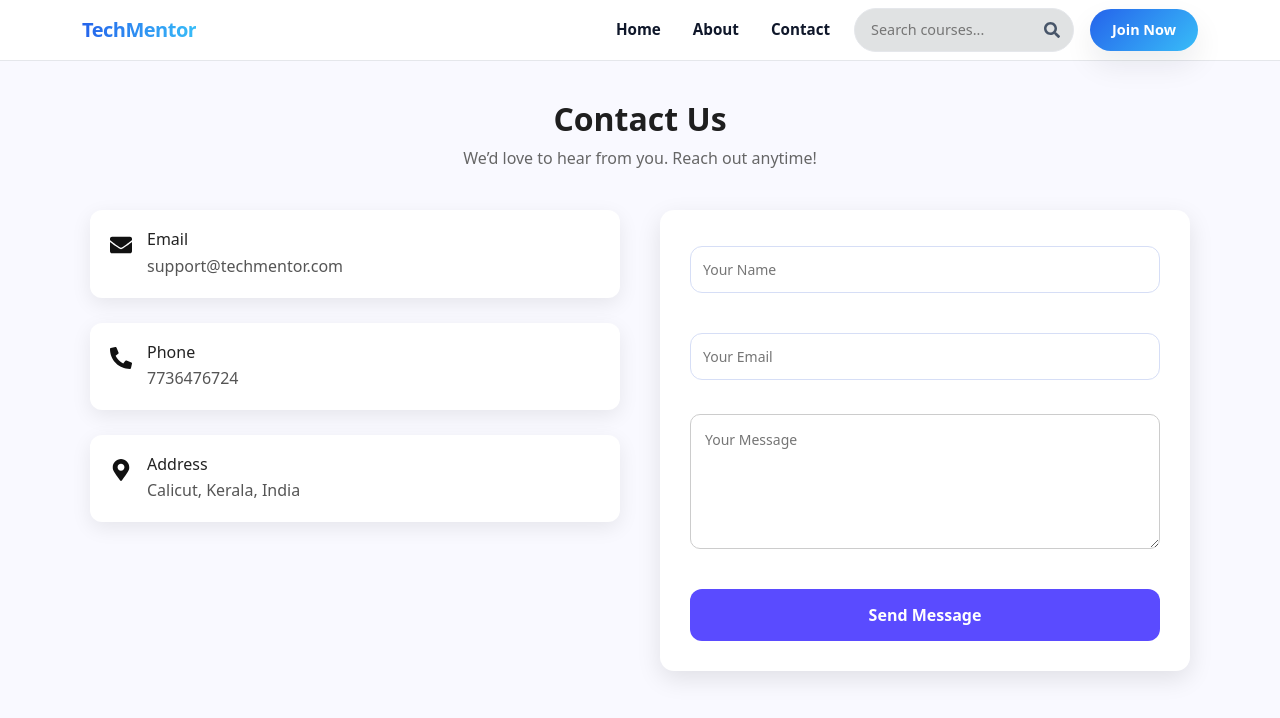
Repository: Aswin74k/project-2
Page: /#/contact
These files come from the project's save history. The page is drawn as it stood at one moment and after the next save; the edit follows.
The browser window is 1280 px wide. The pictures show the whole page.
The project was rebuilt for these pictures with package versions that can differ from the ones it lists, and the page was loaded fresh each time. Also part of the build but not shown: vite.config.js, src/project/Home.jsx, src/project/Course.jsx, src/project/About.css, src/project/About.jsx, src/project/Enroll.jsx, src/project/ProtectedRoute.jsx.

Above is the page before, as saved 2026-01-06 20:48:52.

### src/main.jsx
import React from "react";
import ReactDOM from "react-dom/client";
import { HashRouter } from "react-router-dom";   // ✅ CHANGE HERE
import App from "./project/App";
import { AuthProvider } from "./context/AuthContext";
import "bootstrap/dist/css/bootstrap.min.css";

ReactDOM.createRoot(document.getElementById("root")).render(
  <React.StrictMode>
    <HashRouter>
      <AuthProvider>
        <App />
      </AuthProvider>
    </HashRouter>
  </React.StrictMode>
);

### src/project/App.jsx
import React from "react";
import { Routes, Route, useLocation } from "react-router-dom";
import EduNavbar from "./EduNavbar";

import Home from "./Home";
import Course from "./Course";
import About from "./About";
import Contact from "./Contact";
import Enroll from "./Enroll";

import ProtectedRoute from "./ProtectedRoute";

export default function App() {
  const location = useLocation();

  // Pages where Navbar should NOT appear
  const hideNavbarRoutes = ["/enroll"];

  const shouldHideNavbar = hideNavbarRoutes.includes(location.pathname);

  return (
    <>
      {/* Navbar */}
      {!shouldHideNavbar && <EduNavbar />}

      <Routes>
        {/* PUBLIC ROUTES */}
        <Route path="/" element={<Home />} />
        <Route path="/courses/:id" element={<Course />} />
        <Route path="/about" element={<About />} />
        <Route path="/contact" element={<Contact />} />

        {/* PROTECTED ROUTE */}
        <Route
          path="/enroll"
          element={
            <ProtectedRoute>
              <Enroll />
            </ProtectedRoute>
          }
        />
      </Routes>
    </>
  );
}

### src/context/AuthContext.jsx
import { createContext, useContext, useState, useEffect } from "react";

const AuthContext = createContext();

export function AuthProvider({ children }) {
  const [user, setUser] = useState(null);
  const [loading, setLoading] = useState(true);

  useEffect(() => {
    const savedUser = JSON.parse(
      localStorage.getItem("loggedInUser")
    );
    if (savedUser) setUser(savedUser);
    setLoading(false);
  }, []);

  const login = (email, password) => {
    const users =
      JSON.parse(localStorage.getItem("registeredUsers")) || [];

    const foundUser = users.find(
      (u) => u.email === email && u.password === password
    );

    if (!foundUser) {
      return { success: false, message: "Invalid email or password" };
    }

    localStorage.setItem(
      "loggedInUser",
      JSON.stringify(foundUser)
    );
    setUser(foundUser);

    return {
      success: true,
      message: `Welcome back, ${foundUser.firstName}`,
    };
  };

  const signup = (data) => {
    const users =
      JSON.parse(localStorage.getItem("registeredUsers")) || [];

    if (users.some((u) => u.email === data.email)) {
      return {
        success: false,
        message: "User already exists with this email!",
      };
    }

    users.push(data);
    localStorage.setItem(
      "registeredUsers",
      JSON.stringify(users)
    );

    localStorage.setItem(
      "loggedInUser",
      JSON.stringify(data)
    );
    setUser(data);

    return {
      success: true,
      message: "Account created successfully",
    };
  };

  const logout = () => {
    localStorage.removeItem("loggedInUser");
    setUser(null);
  };

  return (
    <AuthContext.Provider
      value={{ user, login, signup, logout, loading }}
    >
      {children}
    </AuthContext.Provider>
  );
}

export const useAuth = () => useContext(AuthContext);

### src/project/Contact.jsx
import React, { useState } from "react";
import { useForm } from "react-hook-form";
import emailjs from "emailjs-com";
import { FaEnvelope, FaPhoneAlt, FaMapMarkerAlt } from "react-icons/fa";
import "./contact.css";

export default function Contact() {
  const [status, setStatus] = useState("");
  const [statusType, setStatusType] = useState("");

  const {
    register,
    handleSubmit,
    reset,
    formState: { errors, isSubmitting },
  } = useForm({
    mode: "onBlur",
  });

  const onSubmit = async (data) => {
    setStatus("");
    setStatusType("");

    try {
      await emailjs.send(
        "service_31jicom",
        "template_7uyno6u",
        data,
        "sTTzV7QdAk2Jx3lZL"
      );

      setStatus("Message sent successfully!");
      setStatusType("success");
      reset();
    } catch (err) {
      setStatus("Failed to send message. Please try again.");
      setStatusType("error");
    }

    setTimeout(() => {
      setStatus("");
      setStatusType("");
    }, 3000);
  };

  return (
    <div className="contact-page">
      <h2 className="contact-title">Contact Us</h2>
      <p className="contact-subtitle">
        We’d love to hear from you. Reach out anytime!
      </p>

      <div className="contact-container">
        {/* LEFT INFO */}
        <div className="contact-info">
          <div className="info-box">
            <FaEnvelope />
            <div>
              <h4>Email</h4>
              <p>support@techmentor.com</p>
            </div>
          </div>

          <div className="info-box">
            <FaPhoneAlt />
            <div>
              <h4>Phone</h4>
              <p>7736476724</p>
            </div>
          </div>

          <div className="info-box">
            <FaMapMarkerAlt />
            <div>
              <h4>Address</h4>
              <p>Calicut, Kerala, India</p>
            </div>
          </div>
        </div>

        {/* FORM */}
        <form className="contact-form" onSubmit={handleSubmit(onSubmit)} noValidate>

          {/* NAME */}
          <div className="form-group">
            <input
              type="text"
              placeholder="Your Name"
              className={errors.name ? "error" : ""}
              {...register("name", {
                required: "Name is required",
                minLength: {
                  value: 3,
                  message: "Name must be at least 3 characters",
                },
                pattern: {
                  value: /^[A-Za-z ]+$/,
                  message: "Only letters allowed",
                },
              })}
            />

            <span className="field-error">
              {errors.name?.message || ""}
            </span>
          </div>

          <div className="form-group">
            <input
              type="email"
              placeholder="Your Email"
              className={errors.email ? "error" : ""}
              {...register("email", {
                required: "Email is required",
                pattern: {
                  value: /^[^\s@]+@[^\s@]+\.[^\s@]+$/,
                  message: "Enter a valid email",
                },
              })}
            />

            <span className="field-error">
              {errors.email?.message || ""}
            </span>
          </div>

          <div className="form-group">
            <textarea
              rows="5"
              placeholder="Your Message"
              className={errors.message ? "error" : ""}
              {...register("message", {
                required: "Message cannot be empty",
                minLength: {
                  value: 10,
                  message: "Minimum 10 characters required",
                },
              })}
            />

            <span className="field-error">
              {errors.message?.message || ""}
            </span>
          </div>

          <button type="submit" disabled={isSubmitting}>
            {isSubmitting ? "Sending..." : "Send Message"}
          </button>

          {status && (
            <p className={`status-msg ${statusType}`}>{status}</p>
          )}
        </form>
      </div>
    </div>
  );
}

### src/project/course.css
.course-container {
  font-family: "Poppins", sans-serif;
  background: #f4f7ff;
}

/* HERO */
.course-header {
  background: linear-gradient(135deg, #0d6efd, #002f8f);
  padding: 90px 20px;
  border-radius: 0 0 40px 40px;
  color: #fff;
}

.course-hero {
  max-width: 1100px;
  margin: auto;
  text-align: center;
}

.course-title {
  font-size: 52px;
  font-weight: 800;
}

.course-subtitle {
  font-size: 20px;
  margin: 16px auto;
  max-width: 700px;
}

.course-trust {
  font-size: 15px;
  opacity: 0.9;
  margin-bottom: 35px;
}

.course-stats {
  display: flex;
  justify-content: center;
  gap: 30px;
  flex-wrap: wrap;
}

.course-stats div {
  background: rgba(255,255,255,0.15);
  padding: 18px 26px;
  border-radius: 16px;
}

/* CONTENT */
.course-content {
  max-width: 1100px;
  margin: 60px auto;
  padding: 0 20px;
  display: flex;
  flex-direction: column;
  gap: 35px;
}

.info-box,
.syllabus-box,
.career-box {
  background: #fff;
  padding: 32px;
  border-radius: 22px;
  box-shadow: 0 10px 30px rgba(0,0,0,0.08);
}

.info-box h3,
.syllabus-box h3,
.career-box h3 {
  color: #0d6efd;
  font-size: 26px;
  margin-bottom: 16px;
}

.why-course {
  background: linear-gradient(135deg, #eef4ff, #fff);
  padding: 32px;
  border-radius: 22px;
}

.why-grid {
  display: grid;
  grid-template-columns: repeat(auto-fit, minmax(220px,1fr));
  gap: 16px;
}

.why-grid div {
  background: #fff;
  padding: 18px;
  border-radius: 14px;
  box-shadow: 0 8px 20px rgba(0,0,0,0.06);
}

.syllabus-box li {
  position: relative;
  padding-left: 26px;
  margin-bottom: 12px;
}

.syllabus-box li::before {
  content: "✔";
  position: absolute;
  left: 0;
  color: #0d6efd;
}

.career-tags {
  display: flex;
  flex-wrap: wrap;
  gap: 12px;
}

.career-tags span {
  background: #eef4ff;
  padding: 10px 16px;
  border-radius: 20px;
  font-size: 14px;
}

/* ENROLL */
.enroll-card {
  background: #fff;
  padding: 30px;
  border-radius: 22px;
  box-shadow: 0 14px 40px rgba(0,0,0,0.12);
  max-width: 480px;
}

.enroll-details {
  display: flex;
  justify-content: space-between;
}

.enroll-main-btn {
  width: 50%;
  padding: 14px;
  margin-top: 18px;
  background: linear-gradient(135deg, #0d6efd, #0047c2);
  border: none;
  border-radius: 14px;
  color: #fff;
  font-weight: 600;
  cursor: pointer;
}

.enroll-main-btn:hover {
  transform: translateY(-3px);
  box-shadow: 0 12px 30px rgba(13,110,253,0.4);
}

@media (min-width: 992px) {
  .enroll-card {
    position: sticky;
    top: 120px;
  }
}

.not-found {
  text-align: center;
  margin: 100px 0;
}

### src/project/contact.css
/* =====================================================
   GLOBAL RESET & SAFETY
===================================================== */
* {
  box-sizing: border-box;
}

html,
body {
  width: 100%;
  overflow-x: hidden;
  margin: 0;
  padding: 0;
}

/* =====================================================
   PAGE WRAPPER
   - Avoid unnecessary vertical scroll
===================================================== */
.contact-page {
  padding: 100px 20px 60px;
  background: #f9f9ff;
  min-height: calc(100vh - 160px); /* 100 + 60 padding fix */
  width: 100%;
}

/* =====================================================
   PAGE TITLE
===================================================== */
.contact-title {
  text-align: center;
  font-size: 32px;
  font-weight: 700;
  color: #1f1f1f;
}

.contact-subtitle {
  text-align: center;
  color: #666;
  margin-bottom: 40px;
}

/* =====================================================
   MAIN LAYOUT
===================================================== */
.contact-container {
  max-width: 1100px;
  margin: auto;
  display: grid;
  grid-template-columns: 1fr 1fr;
  gap: 40px;
  width: 100%;
}

/* =====================================================
   LEFT INFO SECTION
===================================================== */
.contact-info {
  display: flex;
  flex-direction: column;
  gap: 25px;
}

.info-box {
  display: flex;
  gap: 15px;
  background: #ffffff;
  padding: 20px;
  border-radius: 12px;
  box-shadow: 0 6px 20px rgba(0, 0, 0, 0.08);
}

.info-box svg {
  font-size: 22px;
  color: #111;
  margin-top: 4px;
}

.info-box h4 {
  margin: 0;
  font-size: 16px;
  color: #222;
}

.info-box p {
  margin: 4px 0 0;
  color: #555;
}

/* =====================================================
   FORM CARD
===================================================== */
.contact-form {
  background: #ffffff;
  padding: 30px;
  border-radius: 14px;
  box-shadow: 0 8px 25px rgba(0, 0, 0, 0.1);
  display: flex;
  flex-direction: column;
  gap: 10px; /* controlled spacing */
  width: 100%;
}

/* =====================================================
   FORM GROUP (INPUT + ERROR)
===================================================== */
.form-group {
  display: flex;
  flex-direction: column;
  margin-bottom: 6px;
}

/* =====================================================
   INPUTS & TEXTAREA
===================================================== */
.contact-form input,
.contact-form textarea {
  padding: 14px;
  border-radius: 10px;
  border: 1.5px solid #ccc;
  outline: none;
  font-size: 14px;
  width: 100%;
  transition: 0.25s ease;
}

.contact-form input:focus,
.contact-form textarea:focus {
  border-color: #5a4bff;
  box-shadow: 0 0 0 3px rgba(90, 75, 255, 0.15);
}

/* =====================================================
   ERROR INPUT STATE
===================================================== */
.contact-form input.error,
.contact-form textarea.error {
  border-color: #dc2626;
}

/* =====================================================
   ERROR MESSAGE (NO JUMP FIX)
===================================================== */
.field-error {
  min-height: 18px; /* IMPORTANT: prevents layout jump */
  margin-top: 6px;
  font-size: 13px;
  font-weight: 500;
  color: #dc2626;
  display: flex;
  align-items: center;
  gap: 6px;
}

/* Show icon only when text exists */
.field-error:empty::before {
  content: "";
}

.field-error::before {
  content: "⚠";
  font-size: 14px;
}

/* =====================================================
   SUBMIT BUTTON
===================================================== */
.contact-form button {
  margin-top: 6px;
  padding: 14px;
  border-radius: 12px;
  border: none;
  background: #5a4bff;
  color: #ffffff;
  font-size: 16px;
  font-weight: 600;
  cursor: pointer;
  transition: 0.3s ease;
}

.contact-form button:hover {
  background: #4338ca;
}

.contact-form button:disabled {
  opacity: 0.7;
  cursor: not-allowed;
}

/* =====================================================
   STATUS MESSAGE
===================================================== */
.status-msg {
  margin-top: 14px;
  padding: 12px 16px;
  border-radius: 10px;
  font-size: 14px;
  font-weight: 600;
  text-align: center;
}

.status-msg.success {
  background: #ecfdf5;
  color: #047857;
  border: 1px solid #a7f3d0;
}

.status-msg.error {
  background: #fef2f2;
  color: #b91c1c;
  border: 1px solid #fecaca;
}

/* =====================================================
   RESPONSIVE (MOBILE)
===================================================== */
@media (max-width: 768px) {
  .contact-container {
    grid-template-columns: 1fr;
  }

  .contact-page {
    padding-top: 80px;
  }
}

### src/project/Enroll.css
* {
  box-sizing: border-box;
}

html,
body {
  height: 100%;
  margin: 0;
  overflow: hidden; /* ✅ PAGE NEVER SCROLL */
  font-family: "Poppins", sans-serif;
}

/* PAGE */
.enroll-page {
  height: 100vh;
  display: flex;
  justify-content: center;
  align-items: center;
  background: radial-gradient(circle at top, #eef3ff, #e6edff);
  padding: 16px;
}

/* CARD */
.enroll-layout {
  width: 100%;
  max-width: 1050px;
  height: 600px;               /* ✅ FIXED HEIGHT */
  display: flex;
  border-radius: 22px;
  overflow: hidden;
  box-shadow: 0 25px 60px rgba(0, 0, 0, 0.15);
  background: #fff;
}

/* LEFT */
.enroll-info {
  flex: 1;
  background: linear-gradient(135deg, #0d6efd, #003fa3);
  color: #fff;
  padding: 42px;
  display: flex;
  flex-direction: column;
  justify-content: center;
}

.enroll-info h2 {
  font-size: 28px;
  margin-bottom: 12px;
}

.course-desc {
  font-size: 15px;
  line-height: 1.6;
}

.duration-box {
  margin-top: 22px;
  background: rgba(255, 255, 255, 0.15);
  padding: 14px;
  border-radius: 12px;
}

.secure-note {
  margin-top: 26px;
  font-size: 13px;
}

/* RIGHT */
.enroll-container {
  flex: 1;
  padding: 36px;
  display: flex;
  flex-direction: column;
}

/* TITLE */
.enroll-container h3 {
  text-align: center;
  margin-bottom: 10px;
}

/* ERROR HOLDER (NO JUMP) */
.top-error-holder {
  min-height: 22px;
  margin-bottom: 8px;
}

.top-error-msg {
  text-align: center;
  font-size: 14px;
  color: #dc2626;
  font-weight: 600;
}

/* FORM */


.form-group {
  margin-bottom: 4px;
}

.form-group label {
  font-size: 14px;
  font-weight: 600;
}

.form-group input {
  width: 100%;
  padding: 12px;
  margin-top: 6px;
  border-radius: 12px;
  border: 1.5px solid #d6def6;
}

input.error {
  border-color: #dc2626;
}

/* FIELD ERROR */
.field-error {
  display: block;
  min-height: 16px;
  font-size: 12px;
  margin-top: 4px;
  color: #dc2626;
}

/* BUTTONS */
.enroll-btn {
  width: 100%;
  padding: 14px;
  margin-top: 8px;
  border-radius: 14px;
  border: none;
  background: linear-gradient(135deg, #0d6efd, #0047c2);
  color: #fff;
  font-size: 16px;
  font-weight: 600;
  cursor: pointer;
}

.back-btn {
  margin-top: 10px;
  background: none;
  border: none;
  color: #0d6efd;
  font-weight: 600;
  width: 100%;
  cursor: pointer;
}

/* MODAL */
.modal-overlay {
  position: fixed;
  inset: 0;
  background: rgba(15, 23, 42, 0.55);
  backdrop-filter: blur(6px);
  display: flex;
  justify-content: center;
  align-items: center;
  z-index: 9999;
}

.modal-box {
  background: #fff;
  width: 340px;
  padding: 30px;
  border-radius: 20px;
  text-align: center;
  animation: modalSlide 0.3s ease;
}

.modal-icon-wrapper {
  width: 70px;
  height: 70px;
  margin: auto auto 12px;
  background: linear-gradient(135deg, #22c55e, #16a34a);
  border-radius: 50%;
  display: flex;
  justify-content: center;
  align-items: center;
}

.modal-icon {
  color: #fff;
  font-size: 32px;
}

@keyframes modalSlide {
  from {
    opacity: 0;
    transform: translateY(20px) scale(0.95);
  }
  to {
    opacity: 1;
    transform: translateY(0) scale(1);
  }
}

/* MOBILE */
@media (max-width: 900px) {
  html,
  body {
    overflow: auto;
  }

  .enroll-layout {
    height: auto;
    flex-direction: column;
  }

  form {
    overflow: visible;
  }
}

Loaded but not shown: index.html (common file); src/project/EduNavbar.jsx (379 lines, source omitted); src/project/Navbar.css (516 lines, source omitted); src/project/Home.css (485 lines, source omitted)

After the next save:
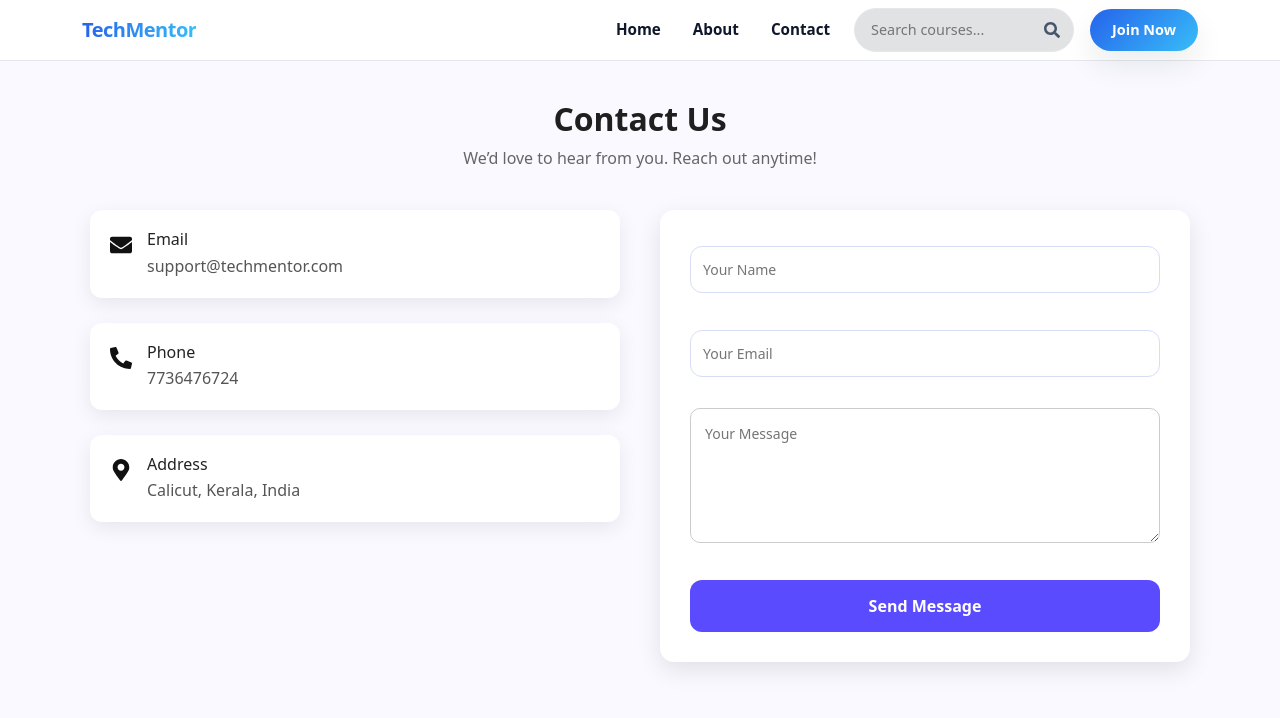
Saved 23 s later.
--- a/src/project/Enroll.css
+++ b/src/project/Enroll.css
@@ -96,7 +96,7 @@ body {
 
 
 .form-group {
-  margin-bottom: 4px;
+  margin-bottom: 1px;
 }
 
 .form-group label {
